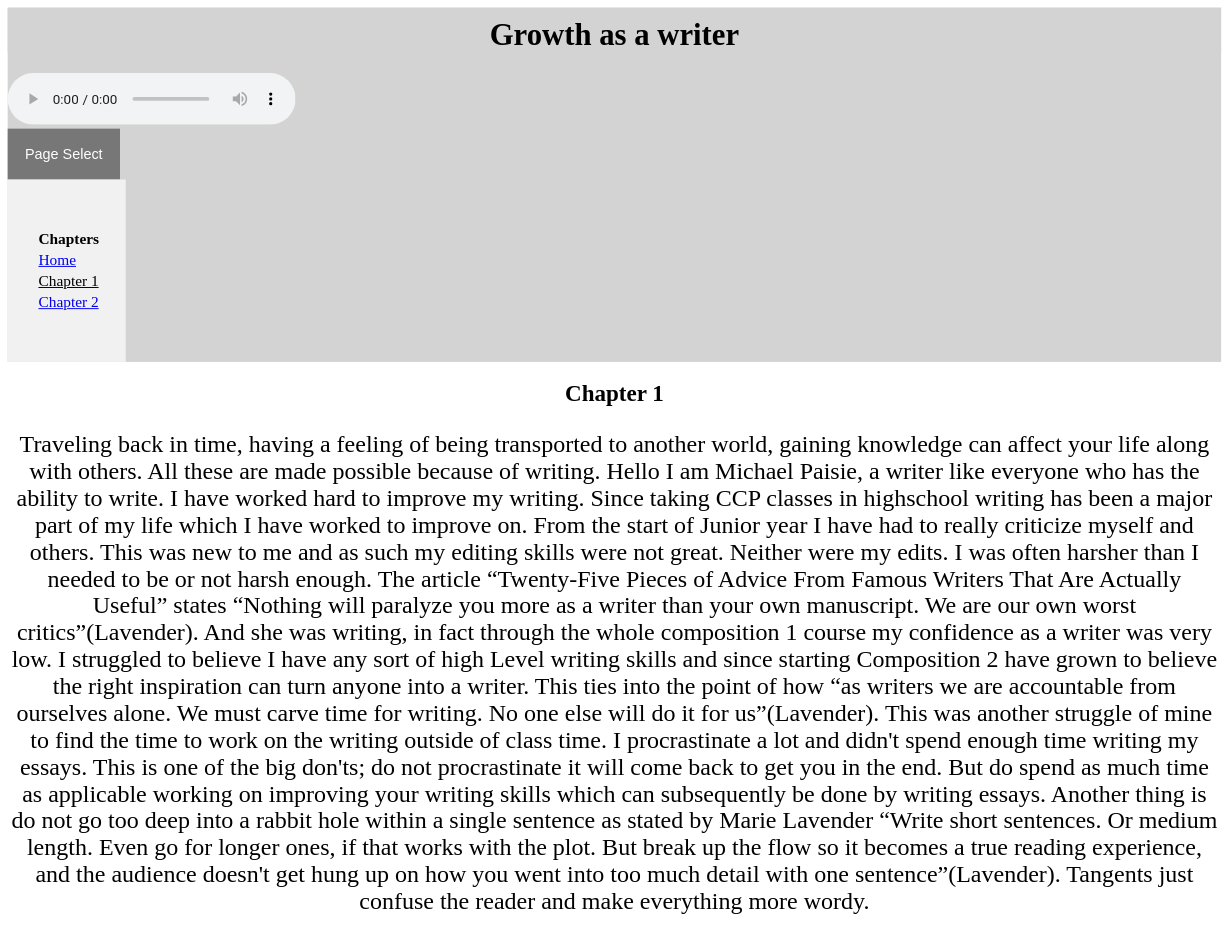
Repository: jpaisiem/WP-4
Page: Chapter1.html
An editor plug-in stored every save of this project. The page is shown before and after the next save, followed by the edit.
The browser window is 1280 px wide. The pictures show the whole page, at 96% of full size.

Above is the page before, as saved 2025-05-01 11:35:20.
Console error: TypeError: Cannot read properties of undefined (reading 'toggle')

### Chapter1.html
<!DOCTYPE html>
<html>
<head>
<meta name="viewport" content="width=device-width, initial-scale=1">
<style>
.collapsible {
  background-color: #777;
  color: white;
  cursor: pointer;
  padding: 18px;
  width: fit-content;
  border: none;
  text-align: left;
  outline: none;
  font-size: 15px;
}

.active, .collapsible:hover {
  background-color: #555;
}

.content {
  display: flex;
  flex-direction: column;
  overflow: hidden;
  background-color: #f1f1f1;
  width: fit-content;
  height: fit-content;
  padding-left: 2.3%;
  padding-right: 2%;
}
p
{
 font-size: 25px;
}
</style>
<title>Growth as a writer - Chapter 1</title>
</head>
<body>
    <div style="background-color: lightgray; display: flex; flex-direction: column; margin-top: 0%;">
        <h1 style="text-align: center; background-color: lightgray; padding-top: 10px; margin-top: 0%;">Growth as a writer</h1>
         <div style="align-items: center;">
        <audio controls>
            <source src="audio.mp3" type="audio/mpeg">
        </audio>
        </div>
<button type="button" class="collapsible">Page Select</button>
<div class="content">
  <p><table>
    <tr>
        <th>Chapters</th>
    </tr>
    <tr>
        <td><a href="index.html">Home</a></td>
    </tr>
    <tr>
        <td><a href="Chapter1.html" style="color: black;">Chapter 1</a></td>
    </tr>
     <tr>
        <td><a href="Chapter2.html">Chapter 2</a></td>
    </tr>
  </table></p>
</div>
    </div>
<div style="text-align: center;">
     <h2 style="text-align: center;">Chapter 1</h2>
     <p>Traveling back in time, having a feeling of being transported to another world, gaining knowledge can affect your life along with others.
      All these are made possible because of writing. Hello I am Michael Paisie, a writer like everyone who has the ability to write.
      I have worked hard to improve my writing. Since taking CCP classes in highschool writing has been a major part of my life which I have worked to improve on.
      From the start of Junior year I have had to really criticize myself and others. This was new to me and as such my editing skills were not great.
      Neither were my edits. I was often harsher than I needed to be or not harsh enough.
      The article <q>Twenty-Five Pieces of Advice From Famous Writers That Are Actually Useful</q> states <q>Nothing will paralyze you more as  a writer than your own manuscript.
      We are our own worst critics</q>(Lavender). And she was writing, in fact through the whole composition 1 course my confidence as a writer was very low.
      I struggled to believe  I have any sort of high Level writing skills and since starting Composition 2 have grown to believe the right inspiration can turn anyone into a writer.
      This ties into the point of how <q>as writers we are accountable from ourselves alone. We must carve time for writing. No one else will do it for us</q>(Lavender).
      This was another struggle of mine to find the time to work on the writing outside of class time. I procrastinate a lot and didn't spend enough time writing my essays.
      This is one of the big don'ts; do not procrastinate it will come back to get you in the end.
      But do spend as much time as applicable working on improving your writing skills which can subsequently be done by writing essays.
      Another thing is do not go too deep into a rabbit hole within a single sentence as stated by Marie Lavender <q>Write short sentences. Or medium length.
      Even go for longer ones, if that works with the plot.
      But break up the flow so it becomes a true reading experience, and the audience doesn't get hung up on how you went into too much detail with one sentence</q>(Lavender).
      Tangents just confuse the reader and make everything more wordy.</p>
</div>
<script>
var coll = document.getElementsByClassName("collapsible");
var i;

for (i = 0; i < coll.length; i++) {
  coll[i].addEventListener("click", function() {
    this.classList.toggle("active");
    var content = this.nextElementSibling;
    if (content.style.display === "block") {
      content.style.display = "none";
    } else {
      content.style.display = "block";
    }
  });
}
if(location.reload){
    this.classList.toggle("collapsible");
}
</script>

</body>
</html>

After the next save:
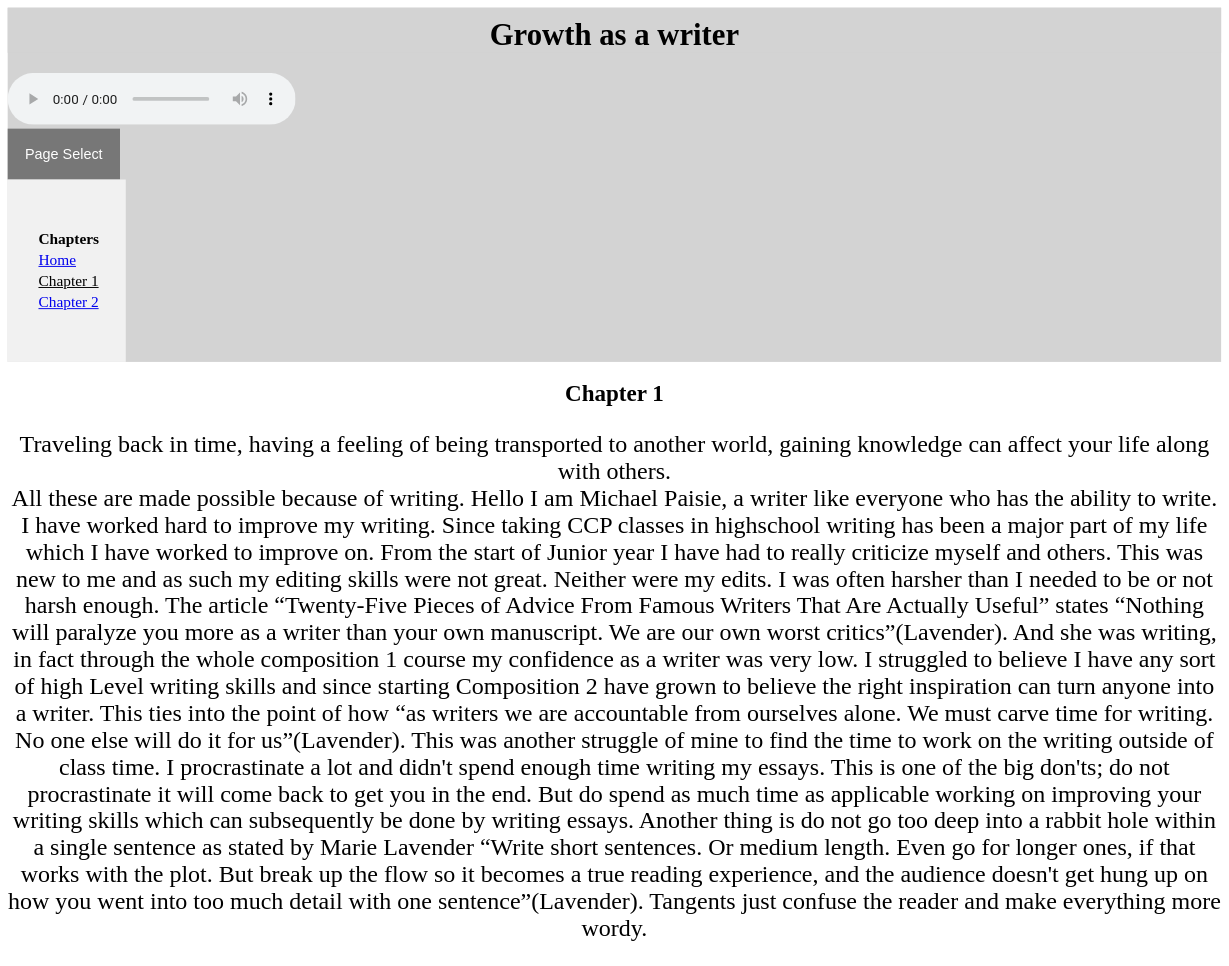
Saved 51 s later.
--- a/Chapter1.html
+++ b/Chapter1.html
@@ -64,7 +64,7 @@ p
     </div>
 <div style="text-align: center;">
      <h2 style="text-align: center;">Chapter 1</h2>
-     <p>Traveling back in time, having a feeling of being transported to another world, gaining knowledge can affect your life along with others.
+     <p>Traveling back in time, having a feeling of being transported to another world, gaining knowledge can affect your life along with others. <br>
       All these are made possible because of writing. Hello I am Michael Paisie, a writer like everyone who has the ability to write.
       I have worked hard to improve my writing. Since taking CCP classes in highschool writing has been a major part of my life which I have worked to improve on.
       From the start of Junior year I have had to really criticize myself and others. This was new to me and as such my editing skills were not great.
